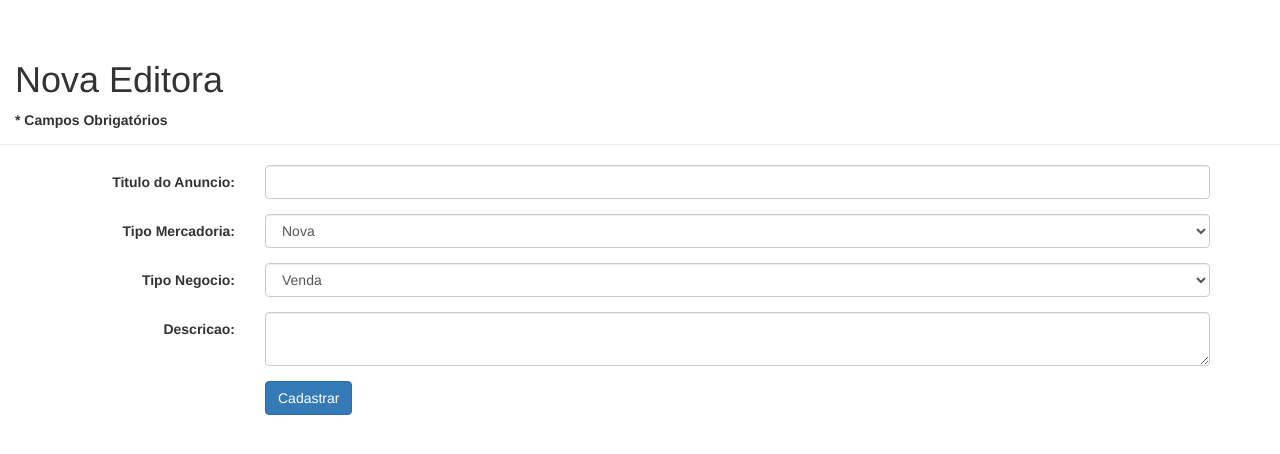
Repository: stefanyco/biblioteca
Page: http://localhost/Biblioteca/editoraAdicionar.jsp
An editor plug-in stored every save of this project. The page is shown before and after the next save, followed by the edit.
The browser window is 1280 px wide. The pictures show the whole page.
The page is served by Tomcat 9. Other server files are loaded and not shown.

Above is the page before, as saved 2016-11-04 01:21:56.

### Sistema Biblioteca/Biblioteca/WebContent/editoraAdicionar.jsp
<%@ page language="java" contentType="text/html; charset=ISO-8859-1"
	pageEncoding="ISO-8859-1"%>
<!DOCTYPE html PUBLIC "-//W3C//DTD HTML 4.01 Transitional//EN" "http://www.w3.org/TR/html4/loose.dtd">
<html>
<head>
<meta http-equiv="Content-Type" content="text/html; charset=ISO-8859-1">
<link href="bootstrap.min.css" rel="stylesheet">
<title>*** Nova Editora ***</title>
</head>
<body>
	<div class="page-header col-md-12">
		<h1>Nova Editora</h1>
		<label>* Campos Obrigatórios</label>
	</div>
	<div class="container">
		<div class="row">
			<div class="col-xs-12">
				<form action="anuncioServlet" class="form-horizontal" method="post">
					<div class="form-group">
						<label for="nomeMerc" class="col-xs-2 control-label">Titulo
							do Anuncio:</label>
						<div class="col-xs-10">
							<input type="text" class="form-control" name="nomeMerc">
						</div>
					</div>
					<div class="form-group">
						<label for="tipoMerc" class="col-xs-2 control-label">Tipo
							Mercadoria:</label>
						<div class="col-xs-10">
							<select class="form-control" name="tipoMerc">
								<option value="Nova">Nova</option>
								<option value="Semi-Nova">Semi-Novo</option>
								<option value="Usado">Usado</option>
							</select>
						</div>
					</div>
					<div class="form-group">
						<label class="col-xs-2 control-label">Tipo Negocio:</label>
						<div class="col-xs-10">
							<select class="form-control" name="tipoNegocio">
								<option value="Venda">Venda</option>
								<option value="Compra">Compra</option>
							</select>
						</div>
					</div>
					<div class="form-group">
						<label for="descricao" class="col-xs-2 control-label">Descricao:</label>
						<div class="col-xs-10">
							<textarea class="form-control" name="descricao" required></textarea>
						</div>
					</div>
					<div class="form-group">
						<div class="col-xs-offset-2 col-xs-10">
							<button type="submit" class="btn btn-primary">Cadastrar</button>
						</div>
					</div>
				</form>
			</div>
		</div>
	</div>
	</div>
</body>
</html>

Loaded but not shown: Sistema Biblioteca/Biblioteca/WebContent/bootstrap.min.css (library)

After the next save:
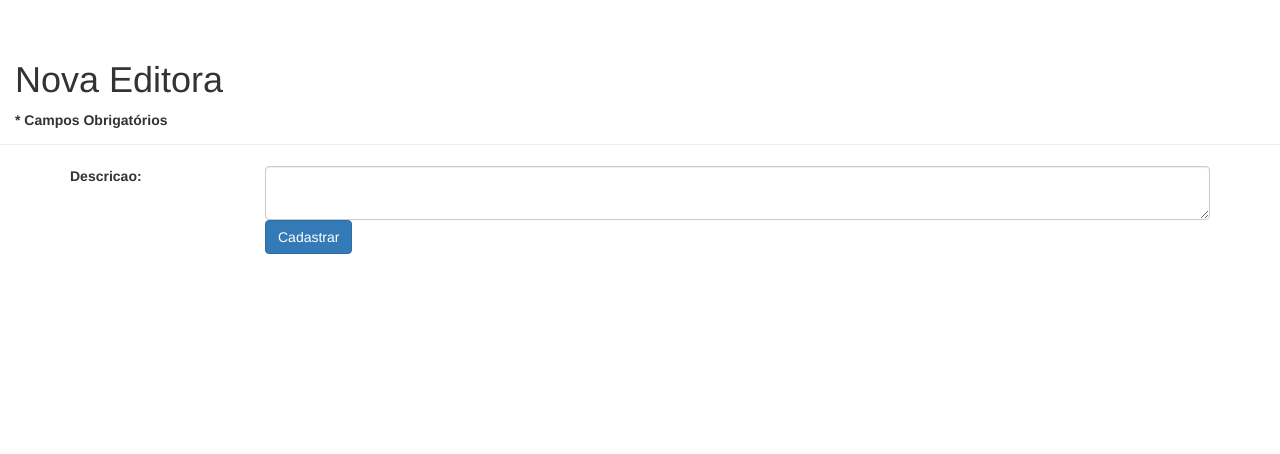
Saved 43 s later.
--- a/Sistema Biblioteca/Biblioteca/WebContent/editoraAdicionar.jsp
+++ b/Sistema Biblioteca/Biblioteca/WebContent/editoraAdicionar.jsp
@@ -16,32 +16,6 @@
 		<div class="row">
 			<div class="col-xs-12">
 				<form action="anuncioServlet" class="form-horizontal" method="post">
-					<div class="form-group">
-						<label for="nomeMerc" class="col-xs-2 control-label">Titulo
-							do Anuncio:</label>
-						<div class="col-xs-10">
-							<input type="text" class="form-control" name="nomeMerc">
-						</div>
-					</div>
-					<div class="form-group">
-						<label for="tipoMerc" class="col-xs-2 control-label">Tipo
-							Mercadoria:</label>
-						<div class="col-xs-10">
-							<select class="form-control" name="tipoMerc">
-								<option value="Nova">Nova</option>
-								<option value="Semi-Nova">Semi-Novo</option>
-								<option value="Usado">Usado</option>
-							</select>
-						</div>
-					</div>
-					<div class="form-group">
-						<label class="col-xs-2 control-label">Tipo Negocio:</label>
-						<div class="col-xs-10">
-							<select class="form-control" name="tipoNegocio">
-								<option value="Venda">Venda</option>
-								<option value="Compra">Compra</option>
-							</select>
-						</div>
 					</div>
 					<div class="form-group">
 						<label for="descricao" class="col-xs-2 control-label">Descricao:</label>
